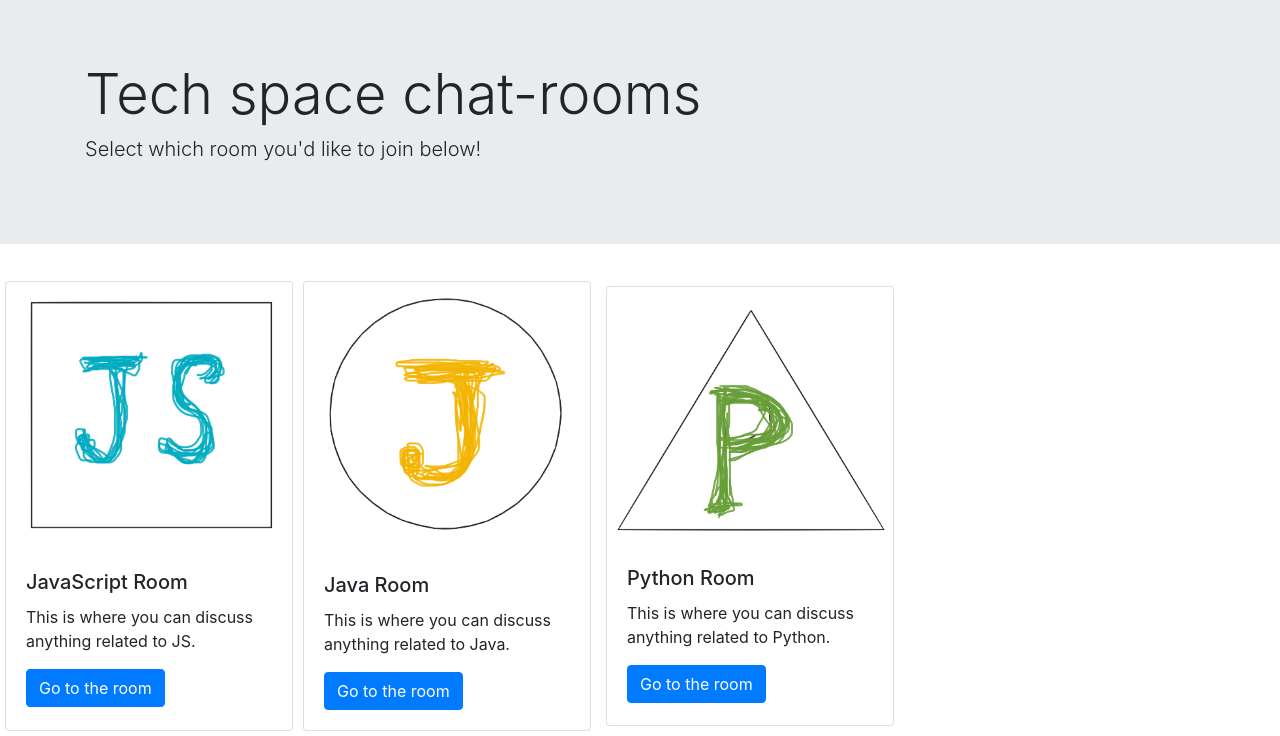
Repository: K-TT/ChatRoom
Page: public/index.html
The author's editor kept a copy of each file at every save. The page is drawn from the files as they stood at one save, then again after the next save.
The browser window is 1280 px wide. The pictures show the whole page.
Some web libraries are served in a nearby version.

Above is the page before, as saved 2022-02-20 17:19:41.

After the next save:
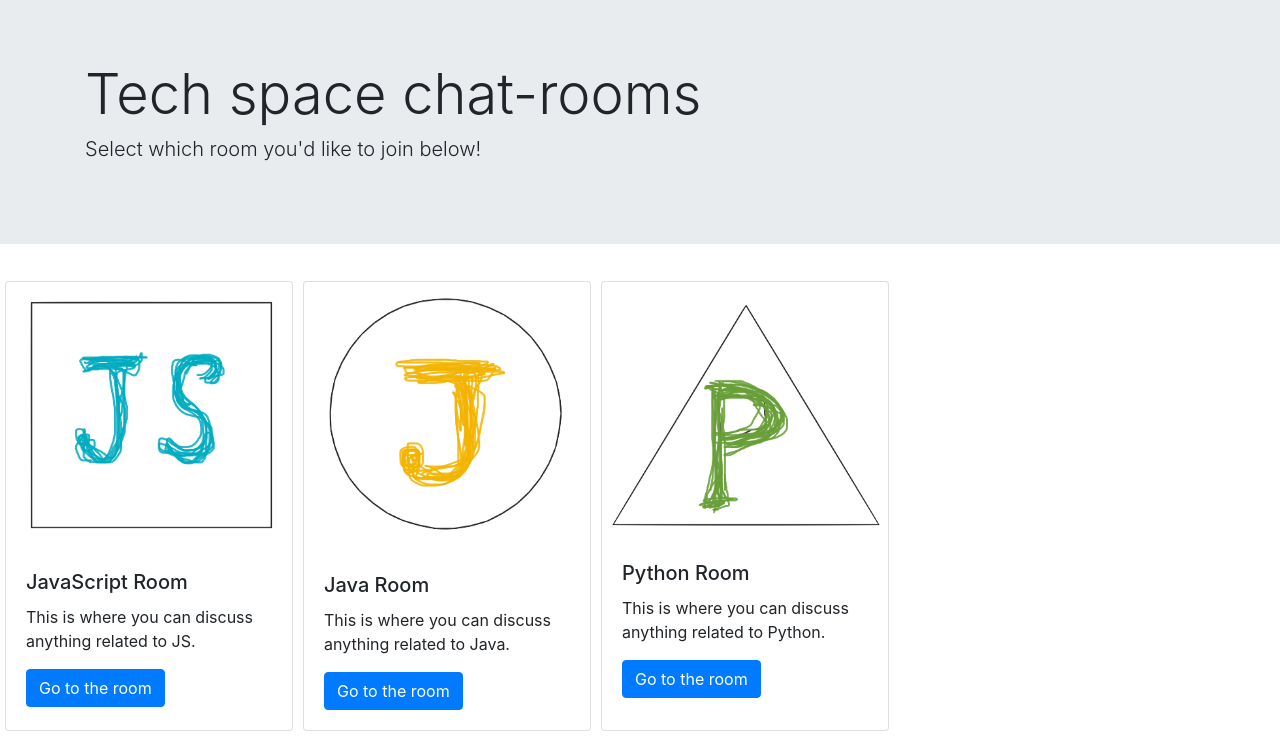
Saved 4 s later.
--- a/public/index.html
+++ b/public/index.html
@@ -33,7 +33,7 @@
                 <a href="/java" class="btn btn-primary">Go to the room</a>
             </div>
         </div>
-        <div class="card" style="width: 18rem; margin: 10px;">
+        <div class="card" style="width: 18rem; margin: 5px;">
             <img src="./images/python.png" class="card-img-top" alt="python">
             <div class="card-body">
                 <h5 class="card-title">Python Room</h5>
